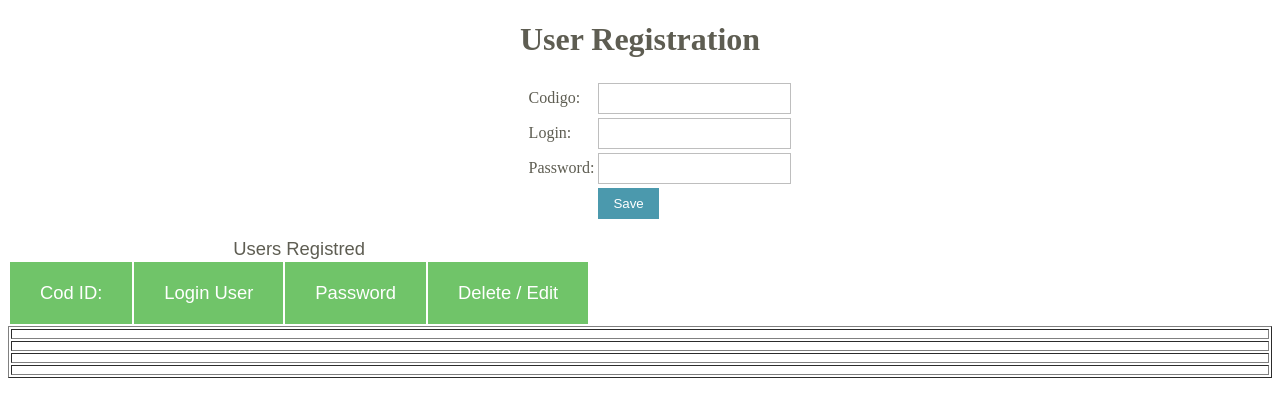
Repository: ViniciusBeletella/project-jsp
Page: http://localhost/project-jsp/userRegistration.jsp
These files come from the project's save history. The page is drawn as it stood at one moment and after the next save; the edit follows.
The browser window is 1280 px wide. The pictures show the whole page.
The page is served by Tomcat 9. Other server files are loaded and not shown.

Above is the page before, as saved 2019-12-20 22:56:39.

### project-jsp/WebContent/userRegistration.jsp
<%@ page language="java" contentType="text/html; charset=UTF-8"
	pageEncoding="UTF-8"%>
<%@ taglib uri="http://java.sun.com/jsp/jstl/core" prefix="c"%>
<!DOCTYPE html>
<html>
<head>
<meta charset="UTF-8">
<title>User Registration</title>
<link rel="stylesheet" href="resources/css/registration.css">
</head>
<body>

	<center>
		<h1>User Registration</h1>
	</center>
	</tr>
	<tr></tr>
	<tr>
		<center>
			<form action="saveUser" method="post">
				<ul class="form-style-1">
					<li>
						<table>
							<tr>
								<td>Codigo:</td>
								<td><input type="text" readonly="readonly" id="id"
									name="id" value="${user.id}"></td>
							</tr>
							<tr>
								<td>Login:</td>
								<td><input type="text" id="login" name="login"
									value="${user.login}"></td>
							</tr>

							<tr>
								<td>Password:</td>
								<td><input type="password" id="password" name="password"
									value="${user.password}"></td>
							</tr>
							<tr>
								<td></td>
								<td><input type="submit" value="Save"></td>
							</tr>
						</table>
					</li>
				</ul>
			</form>
		</center>

			<table class="flat-table">
				<caption>Users Registred</caption>
				<tr>
				<th>Cod ID:</th>
				<th>Login User</th>
				<th>Password</th>
				<th>Delete / Edit</th>
			</tr>
			<c:forEach items="${users}" var="userL">
				<tr>
					<td style="width: 150px"><c:out value="${userL.id}"></c:out></td>
					<td style="width: 150px"><c:out value="${userL.login}"></c:out></td>
					<td style="width: 150px"><c:out value="${userL.password}"></c:out></td>
					<td><c:out value="${user.password}"></c:out></td>
					<td><a href="saveUser?acao=delete&user=${userL.login}">Delete</a>
					</td>
					<td><a href="saveUser?acao=edit&user=${userL.login}">Edit</a></td>

				</tr>

			</c:forEach>
		</table>
		<table border="1" width="100%" height="100%" cellpadding="4">
        <tr>
            <td align="center" colspan="2"><tiles:insert attribute="header" />
            </td>
        </tr>
        <tr>
            <td width="20%"><tiles:insert attribute="menu" /></td>
        </tr>
        <tr>
            <td width="80%"><tiles:insert attribute="body" /></td>
        </tr>
        <tr>
            <td colspan="2"><tiles:insert attribute="footer" /></td>
        </tr>
    </table>


</body>
</html>

### project-jsp/WebContent/resources/css/registration.css

<style type="text/css">
.form-style-1 {
	margin:10px auto;
	max-width: 400px;
	text-align:center;
	padding: 20px 12px 10px 20px;
	font: 13px "Lucida Sans Unicode", "Lucida Grande", sans-serif;
}
.form-style-1 li {
	padding: 0;
	display: block;
	list-style: none;
	margin: 10px 0 0 0;
}
.form-style-1 label{
	margin:0 0 3px 0;
	padding:0px;
	text-align:center;
	display:block;
	font-weight: bold;
}
.form-style-1 input[type=text],
.form-style-1 input[type=password],
.form-style-1 input[type=date],
.form-style-1 input[type=datetime],
.form-style-1 input[type=number],
.form-style-1 input[type=search],
.form-style-1 input[type=time],
.form-style-1 input[type=url],
.form-style-1 input[type=email],
textarea,
select{
	box-sizing: border-box;
	-webkit-box-sizing: border-box;
	-moz-box-sizing: border-box;
	border:1px solid #BEBEBE;
	padding: 7px;
	margin:0px;
	-webkit-transition: all 0.30s ease-in-out;
	-moz-transition: all 0.30s ease-in-out;
	-ms-transition: all 0.30s ease-in-out;
	-o-transition: all 0.30s ease-in-out;
	outline: none;
}
.form-style-1 input[type=text]:focus,
.form-style-1 input[type=password]:focus,
.form-style-1 input[type=date]:focus,
.form-style-1 input[type=datetime]:focus,
.form-style-1 input[type=number]:focus,
.form-style-1 input[type=search]:focus,
.form-style-1 input[type=time]:focus,
.form-style-1 input[type=url]:focus,
.form-style-1 input[type=email]:focus,
.form-style-1 textarea:focus,
.form-style-1 select:focus{
	-moz-box-shadow: 0 0 8px #88D5E9;
	-webkit-box-shadow: 0 0 8px #88D5E9;
	box-shadow: 0 0 8px #88D5E9;
	border: 1px solid #88D5E9;
}
.form-style-1 .field-divided{
	width: 49%;
}

.form-style-1 .field-long{
	width: 100%;
}
.form-style-1 .field-select{
	width: 100%;
}
.form-style-1 .field-textarea{
	height: 100px;
}
.form-style-1 input[type=submit], .form-style-1 input[type=button]{
	background: #4B99AD;
	padding: 8px 15px 8px 15px;
	border: none;
	color: #fff;
}
.form-style-1 input[type=submit]:hover, .form-style-1 input[type=button]:hover{
	background: #4691A4;
	box-shadow:none;
	-moz-box-shadow:none;
	-webkit-box-shadow:none;
}
.form-style-1 .required{
	color:red;
}
$bp-maggie: 15em;
$bp-lisa: 30em;
$bp-bart: 48em;
$bp-marge: 62em;
$bp-homer: 75em;


* {
 @include box-sizing(border-box);

 &:before,
 &:after {
   @include box-sizing(border-box);
 }
}

body {
  font-family: $helvetica;
  color: rgba(94,93,82,1);
}

a {
  color: rgba(51,122,168,1);

  &:hover,
  &:focus {
    color: rgba(75,138,178,1);
  }
}






.flat-table {
  display: block;
  font-family: sans-serif;
  margin-left: auto;
  margin-right: auto;
  -webkit-font-smoothing: antialiased;
  font-size: 115%;
  overflow: auto;
  width: auto;

  th {
    background-color: rgb(112, 196, 105);
    color: white;
    font-weight: normal;
    padding: 20px 30px;
    text-align: center;
  }
  td {
    background-color: rgb(238, 238, 238);
    color: rgb(111, 111, 111);
    padding: 20px 30px;
  }
}
}

After the next save:
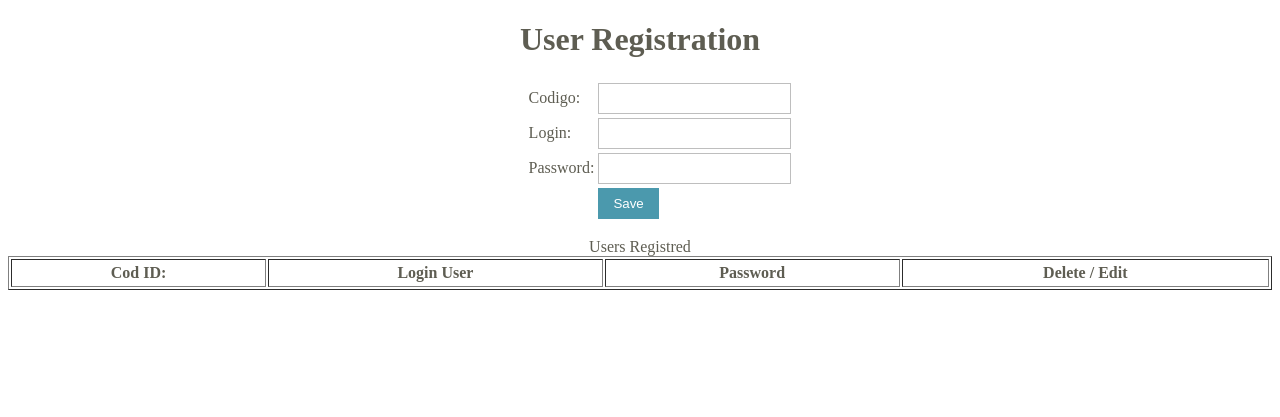
Saved 98 s later.
--- a/project-jsp/WebContent/userRegistration.jsp
+++ b/project-jsp/WebContent/userRegistration.jsp
@@ -47,7 +47,7 @@
 			</form>
 		</center>
 
-			<table class="flat-table">
+		<table border="1" width="100%" height="100%" cellpadding="4">
 				<caption>Users Registred</caption>
 				<tr>
 				<th>Cod ID:</th>
@@ -69,22 +69,6 @@
 
 			</c:forEach>
 		</table>
-		<table border="1" width="100%" height="100%" cellpadding="4">
-        <tr>
-            <td align="center" colspan="2"><tiles:insert attribute="header" />
-            </td>
-        </tr>
-        <tr>
-            <td width="20%"><tiles:insert attribute="menu" /></td>
-        </tr>
-        <tr>
-            <td width="80%"><tiles:insert attribute="body" /></td>
-        </tr>
-        <tr>
-            <td colspan="2"><tiles:insert attribute="footer" /></td>
-        </tr>
-    </table>
-
 
 </body>
 </html>
